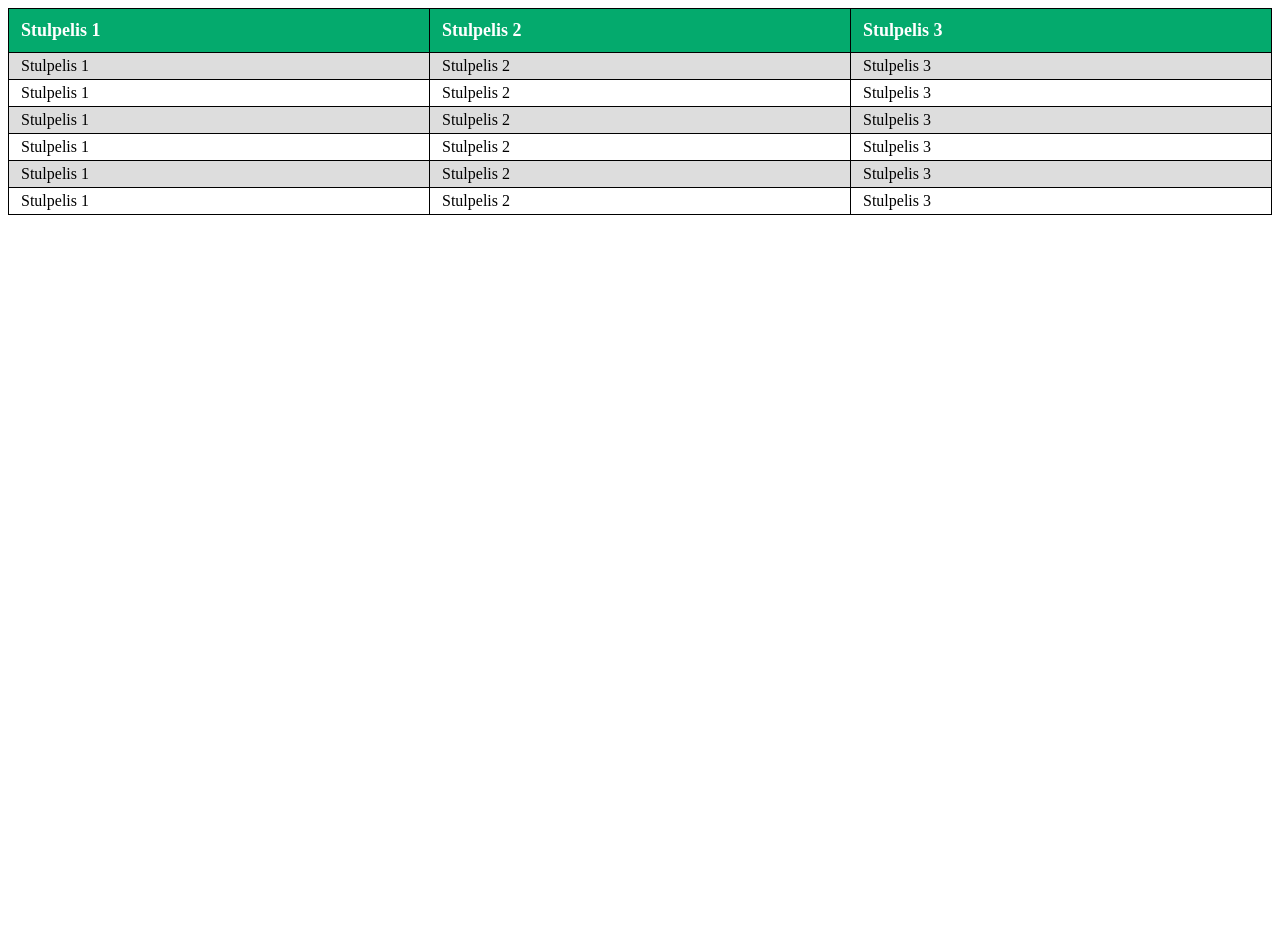
Repository: motiejus1/10-paskaita-05.31
Page: index.html
These files come from the project's save history. The page is drawn as it stood at one moment and after the next save; the edit follows.
The browser window is 1280 px wide. The pictures show the part of the page from y = 0 to 952 px (the page is 3223 px tall before and 3241 px after).
Backgrounds fixed to the window are drawn as part of the page.

Above is the page before, as saved 2021-06-16 20:02:42.

### index.html
<!DOCTYPE html>
<html lang="en">
<head>
    <meta charset="UTF-8">
    <meta http-equiv="X-UA-Compatible" content="IE=edge">
    <meta name="viewport" content="width=device-width, initial-scale=1.0">
    <title>10 paskaita</title>

    <style>


        .container {
            width: 100%;
            height: 1800px;
        }


        /* Fono spalvos */

        .fonas-spalva {
            background-color: green;
            opacity: 0.7;
        }

        .fonas {
            background-color: #657AD3;
            opacity: 0.7;
        }

        .fonas-rgb {
            background-color:rgb(101, 122, 211);
            opacity: 0.7;
        }

        .fonas-rgba {
            background-color:rgba(101, 122, 211, 0.7);
        }

        /* Paveiksliukas kaip fonas */
        .paveiksliukas {
            height: 100%;
            background-image: url("https://images.unsplash.com/photo-1593642531955-b62e17bdaa9c?ixid=MnwxMjA3fDF8MHxwaG90by1wYWdlfHx8fGVufDB8fHx8&ixlib=rb-1.2.1&auto=format&fit=crop&w=750&q=80");
            background-color:grey;
            background-repeat: no-repeat;
            opacity: 0.7;
            background-attachment: fixed;
            /* background-position: 5px 5px; */
            /* background-position: center center; */
            /* background-size: 100% 100%; */
            /* background-size: contain; background-size: 100% */
            /* background-size: cover; */


        }

        table {
            border: 1px solid black;
            margin-bottom: 1200px;
            width: 100%;
            border-collapse: collapse;
        }


        td, th {
            border: 1px solid black;
            padding-left: 12px;
        }

        th {
            text-align: left;
            padding-top: 11px;
            padding-bottom: 11px;
            background-color: #04AA6D;
            color:white;
            font-size: 18px;
        }

        td {
            padding-top: 4px;
            padding-bottom: 4px;
        }

        tr:nth-child(even) {
            background-color: #ddd;
        }
    </style>
</head>
<body>

    <table>
        <tr>
            <th>Stulpelis 1</th>
            <th>Stulpelis 2</th>
            <th>Stulpelis 3</th>
        </tr>
        <tr>
            <td>Stulpelis 1</td>
            <td>Stulpelis 2</td>
            <td>Stulpelis 3</td>
        </tr>
        <tr>
            <td>Stulpelis 1</td>
            <td>Stulpelis 2</td>
            <td>Stulpelis 3</td>
        </tr>
        <tr>
            <td>Stulpelis 1</td>
            <td>Stulpelis 2</td>
            <td>Stulpelis 3</td>
        </tr>
        <tr>
            <td>Stulpelis 1</td>
            <td>Stulpelis 2</td>
            <td>Stulpelis 3</td>
        </tr>
        <tr>
            <td>Stulpelis 1</td>
            <td>Stulpelis 2</td>
            <td>Stulpelis 3</td>
        </tr>
        <tr>
            <td>Stulpelis 1</td>
            <td>Stulpelis 2</td>
            <td>Stulpelis 3</td>
        </tr>
    </table>

    <div class="container fonas-rgba">
        <div class="paveiksliukas">
            Tekstas
        </div>
    </div>
</body>
</html>

After the next save:
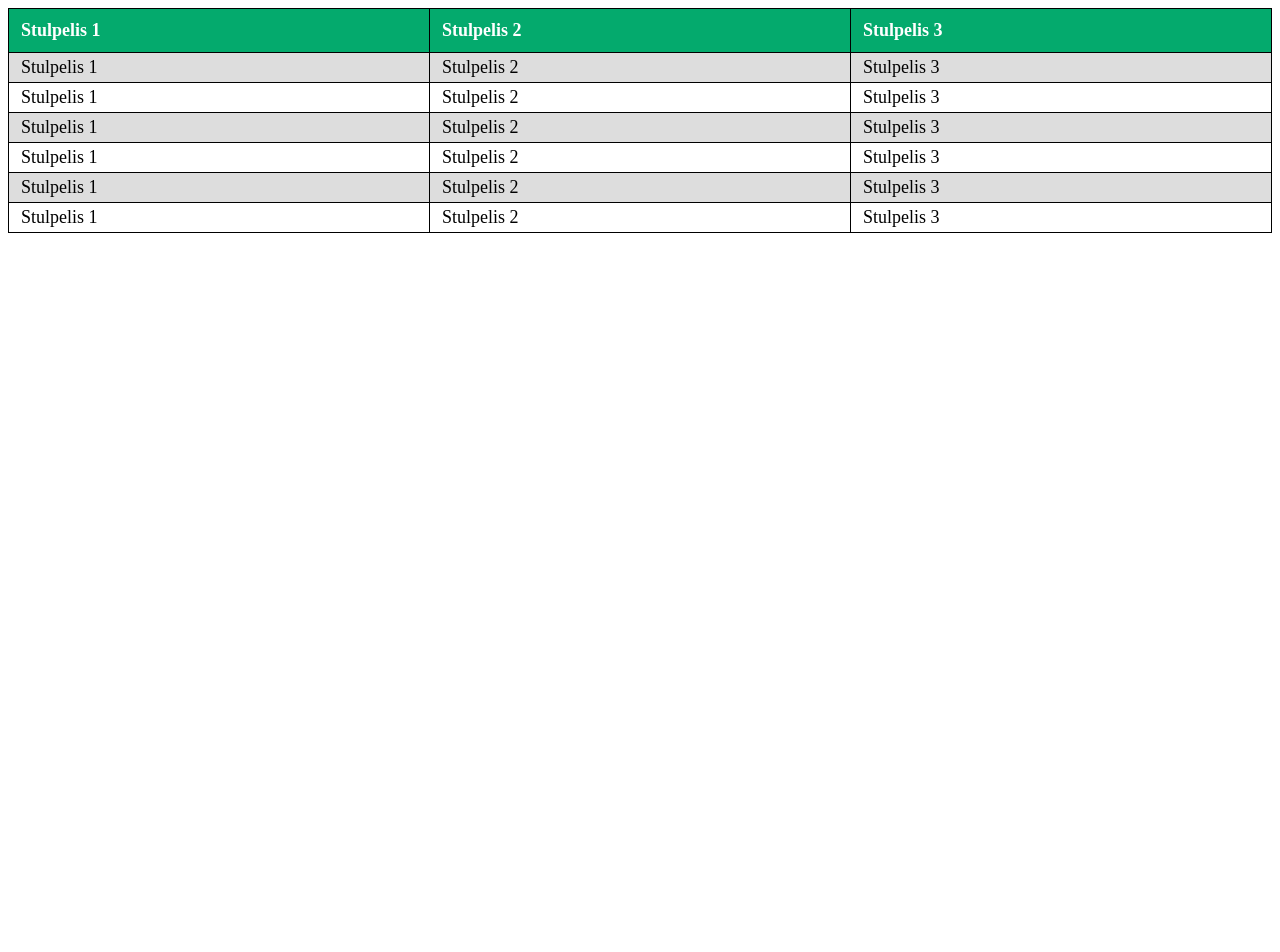
Saved 9 s later.
--- a/index.html
+++ b/index.html
@@ -7,7 +7,9 @@
     <title>10 paskaita</title>
 
     <style>
-
+        html {
+            font-size: 18px;
+        }
 
         .container {
             width: 100%;
